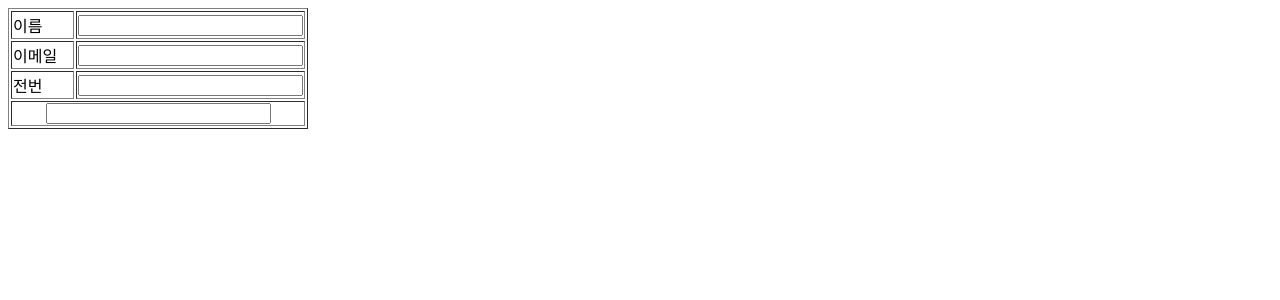
Repository: sgnq008-tech/JSP
Page: http://localhost/WebProject/actiontag/register.jsp
The author's editor kept a copy of each file at every save. The page is drawn from the files as they stood at one save, then again after the next save.
The browser window is 1280 px wide. The pictures show the whole page.
The page is served by Tomcat 9.

Above is the page before, as saved 2026-09-11 06:46:03.

After the next save:
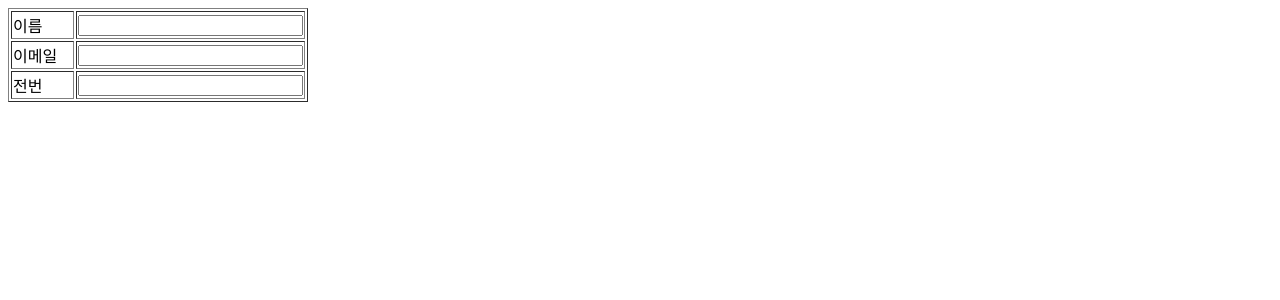
Saved 5 s later.
--- a/jsp_workspace/WebProject/src/main/webapp/actiontag/register.jsp
+++ b/jsp_workspace/WebProject/src/main/webapp/actiontag/register.jsp
@@ -31,11 +31,6 @@
                          </td>
               </tr>
 
-              <tr>
-                         <td colspan="2" align="center">
-                         <input type="text" name="" size="25">
-                         </td>
-              </tr>
   </table>
 
 </form>
